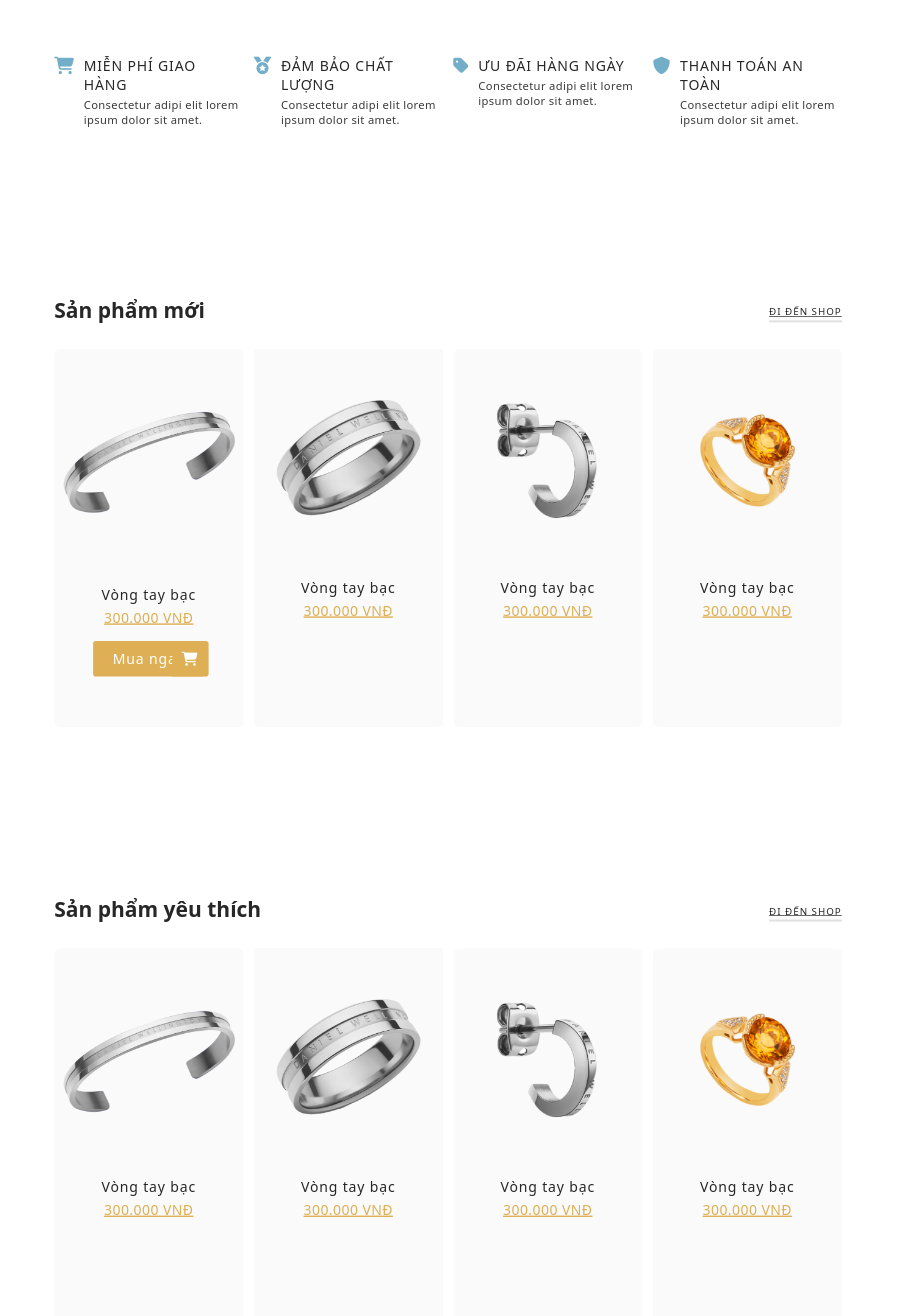
Repository: CangNgo/shoptrangsuc.github.io
Page: index.html
The author's editor kept a copy of each file at every save. The page is drawn from the files as they stood at one save, then again after the next save.
The browser window is 1280 px wide. The page is 1288 px wide, so the pictures cover 1288 px, including what lies to the right of the window. The pictures show the part of the page from y = 762 to 2642 px (the page is 5591 px tall), at 70% of full size.

Above is the page before, as saved 2024-01-11 18:18:45.

### index.html
<!DOCTYPE html>
<html lang="en">

<head>
    <meta charset="UTF-8">
    <meta name="viewport" content="width=device-width, initial-scale=1.0">
    <link rel="stylesheet" href="asset/css/style.css">
    <link rel="stylesheet" href="asset/css/layout.css">
    <link rel="stylesheet" href="asset/fontawesome-free-6.2.1-web/fontawesome-free-6.2.1-web/css/all.min.css">
    <link href="https://cdn.jsdelivr.net/npm/bootstrap@5.3.2/dist/css/bootstrap.min.css" rel="stylesheet" integrity="sha384-T3c6CoIi6uLrA9TneNEoa7RxnatzjcDSCmG1MXxSR1GAsXEV/Dwwykc2MPK8M2HN" crossorigin="anonymous">

    <title>Serein shop trang sức</title>
</head>

<body>
    <main>
        <header>
            <div class="grid wide">
                <div class="header__main">
                    <div class="logo">
                        <img src="asset/img/logo.png" alt="">
                    </div>
                    <div class="nav">
                        <div class="navbar">
                            <ul>
                                <li><a href="#">Home</a></li>
                                <li><a href="shop.html">Shop</a></li>
                                <li><a href="#">About</a></li>
                                <li><a href="#">Blogs</a></li>
                                <li><a href="#">Contact</a></li>
                            </ul>
                        </div>
                        <div class="right__icons">
                            <div class="right__icon-item">
                                <i class="fa-solid fa-magnifying-glass"></i>
                            </div>
                            <div class="right__icon-item">
                                <i class="fa-solid fa-user"></i>
                            </div>
                            <div class="right__icon-item">
                                <i class="fa-solid fa-cart-shopping"></i>
                                <span>(0)</span>
                            </div>
                        </div>
                    </div>
                </div>
            </div>
        </header>
        <div class="banner">
            <div class="grid wide">
                <div class="row">
                    <div class="col l-6">
                        <div class="banner__left">
                            <h3>Bộ sưu tập</h3>
                            <h2>Dấu ấn</h2>
                            <span>Mỗi chúng ta là một cá thể độc nhất trên thế giới, vậy nên, hãy thoải mái sáng tạo
                                theo cách riêng của bạn. Dù ở bất kỳ phiên bản nào, Serein Jewelry luôn đồng hành cùng
                                bạn ghi lại “DẤU ẤN” riêng bạn.</span>
                        </div>
                    </div>
                    <div class="col l-6 ">
                        <div class="banner__right">
                            <div class="banner__right-btn">
                                <i class="fa-solid fa-chevron-left"></i>
                            </div>
                            <div class="banner-right-img">
                                <img src="asset/img/vong-bac-banner.png" alt="">
                            </div>
                            <div class="banner__right-btn">
                                <i class="fa-solid fa-chevron-right"></i>
                            </div>
                        </div>
                    </div>
                </div>
                <div class="row banner__bottom">
                    <div class="col l-6">
                        <form class="banner-bottom-left">
                            <button type="submit" name="">Mua ngay</button>
                        </form>
                    </div>
                    <div class="col l-6">
                        <div class="banner-bottom-right">
                            <div class="banner-bottom-color">
                                <div class="banner-bottom-color-item gold"></div>
                                <div class="banner-bottom-color-item white"></div>
                            </div>
                            <div class="banner-bottom-play">
                                <i class="fa-solid fa-circle-play"></i>
                            </div>
                        </div>
                    </div>
                </div>
            </div>
        </div>
        <section class="features container">
            <div class="grid wide">
                <div class="row">
                    <div class="col l-3">
                        <div class="features-item">
                            <div class="features-icon">
                                <i class="fa-solid fa-cart-shopping"></i>
                            </div>
                            <div class="feeatures-items">
                                <h4>Miễn phí giao hàng</h4>
                                <span>Consectetur adipi elit lorem ipsum dolor sit amet.</span>
                            </div>
                        </div>
                    </div>
                    <div class="col l-3">
                        <div class="features-item">
                            <div class="features-icon">
                                <i class="fa-solid fa-medal"></i>
                            </div>
                            <div class="feeatures-items">
                                <h4>Đảm bảo chất lượng</h4>
                                <span>Consectetur adipi elit lorem ipsum dolor sit amet.</span>
                            </div>
                        </div>
                    </div>
                    <div class="col l-3">
                        <div class="features-item">
                            <div class="features-icon">
                                <i class="fa-solid fa-tag"></i>
                            </div>
                            <div class="feeatures-items">
                                <h4>Ưu đãi hàng ngày</h4>
                                <span>Consectetur adipi elit lorem ipsum dolor sit amet.</span>
                            </div>
                        </div>
                    </div>
                    <div class="col l-3">
                        <div class="features-item">
                            <div class="features-icon">
                                <i class="fa-solid fa-shield"></i>
                            </div>
                            <div class="feeatures-items">
                                <h4>Thanh toán an toàn</h4>
                                <span>Consectetur adipi elit lorem ipsum dolor sit amet.</span>
                            </div>
                        </div>
                    </div>
                </div>
            </div>
        </section>
        <section class="product container">
            <div class="grid wide">
                <div class="product-section">
                    <h3>Sản phẩm mới</h3>
                    <span><a href="#">Đi đến shop</a></span>
                </div>
                <div class="row">
                    <form class="col l-3">
                        <div class="product-item">
                            <div class="product-top">
                                <div class="product-item-img">
                                    <img src="asset/img/vong-bac.png" alt="Vòng tay bạc">
                                </div>
                            </div>
                            <div class="product-bottom">
                                <div class="product-item-bottom">
                                    <div class="product-item-name">Vòng tay bạc</div>
                                    <div class="product-item-price"><a href="#">300.000 VNĐ</a></div>
                                </div>
                                <div class="buy-product" style="position: relative;">
                                    <div>
                                        <button name="buy_product">Mua ngay</button>
                                        <button class="buy-product-item" name="cart_product"><i class="fa-solid fa-cart-shopping"></i></button>
                                    </div>
                                </div>
                            </div>
                        </div>
                    </form>
                    <div class="col l-3">
                        <div class="product-item">
                            <div class="product-item-img">
                                <img src="asset/img/nhan-bac.png" alt="Vòng tay bạc">
                            </div>
                            <div class="product-item-bottom">
                                <div class="product-item-name">Vòng tay bạc</div>
                                <div class="product-item-price"><a href="#">300.000 VNĐ</a></div>
                            </div>
                        </div>
                    </div>
                    <div class="col l-3">
                        <div class="product-item">
                            <div class="product-item-img">
                                <img src="asset/img/bong-tai-bac.png" alt="Vòng tay bạc">
                            </div>
                            <div class="product-item-bottom">
                                <div class="product-item-name">Vòng tay bạc</div>
                                <div class="product-item-price"><a href="#">300.000 VNĐ</a></div>
                            </div>
                        </div>
                    </div>
                    <div class="col l-3">
                        <div class="product-item">
                            <div class="product-item-img">
                                <img src="asset/img/nhan-vang.png" alt="Vòng tay bạc">
                            </div>
                            <div class="product-item-bottom">
                                <div class="product-item-name">Vòng tay bạc</div>
                                <div class="product-item-price"><a href="#">300.000 VNĐ</a></div>
                            </div>
                        </div>
                    </div>
                </div>
            </div>
        </section>
        <section class="product container">
            <div class="grid wide">
                <div class="product-section">
                    <h3>Sản phẩm yêu thích</h3>
                    <span><a href="#">Đi đến shop</a></span>
                </div>
                <div class="row">
                    <div class="col l-3">
                        <div class="product-item">
                            <div class="product-item-img">
                                <img src="asset/img/vong-bac.png" alt="Vòng tay bạc">
                            </div>
                            <div class="product-item-bottom">
                                <div class="product-item-name">Vòng tay bạc</div>
                                <div class="product-item-price"><a href="#">300.000 VNĐ</a></div>
                            </div>
                        </div>
                    </div>
                    <div class="col l-3">
                        <div class="product-item">
                            <div class="product-item-img">
                                <img src="asset/img/nhan-bac.png" alt="Vòng tay bạc">
                            </div>
                            <div class="product-item-bottom">
                                <div class="product-item-name">Vòng tay bạc</div>
                                <div class="product-item-price"><a href="#">300.000 VNĐ</a></div>
                            </div>
                        </div>
                    </div>
                    <div class="col l-3">
                        <div class="product-item">
                            <div class="product-item-img">
                                <img src="asset/img/bong-tai-bac.png" alt="Vòng tay bạc">
                            </div>
                            <div class="product-item-bottom">
                                <div class="product-item-name">Vòng tay bạc</div>
                                <div class="product-item-price"><a href="#">300.000 VNĐ</a></div>
                            </div>
                        </div>
                    </div>
                    <div class="col l-3 m-12 c-12">
                        <div class="product-item">
                            <div class="product-item-img">
                                <img src="asset/img/nhan-vang.png" alt="Vòng tay bạc">
                            </div>
                            <div class="product-item-bottom">
                                <div class="product-item-name">Vòng tay bạc</div>
                                <div class="product-item-price"><a href="#">300.000 VNĐ</a></div>
                            </div>
                        </div>
                    </div>
                </div>
            </div>
        </section>
        <section class="posts product container">
            <div class="grid wide">
                <div class="product-section">
                    <h3>Bài viết mới</h3>
                    <span><a href="#">Đi đến blog</a></span>
                </div>
                <div class="row">
                    <div class="col l-4">
                        <div class="posts-item">
                            <div class="post-item-img"><img src="asset/img/post1.png" alt=""></div>
                            <div class="post-item-datetime">feb 22, 2023 - Gadgets</div>
                            <div class="post-item-name">Get some cool gadgets in 2023</div>
                        </div>
                    </div>
                    <div class="col l-4">
                        <div class="posts-item">
                            <div class="post-item-img"><img src="asset/img/post2.png" alt=""></div>
                            <div class="post-item-datetime">feb 22, 2023 - technology</div>
                            <div class="post-item-name">TECHNOLOGY HACK YOU WON’T GET</div>
                        </div>
                    </div>
                    <div class="col l-4">
                        <div class="posts-item">
                            <div class="post-item-img"><img src="asset/img/post3.png" alt=""></div>
                            <div class="post-item-datetime">feb 22, 2023 - camera</div>
                            <div class="post-item-name">toP 10 SMALL cAMERA IN THE WORLD</div>
                        </div>
                    </div>
                </div>
            </div>
        </section>
        <section class="coutdown container">
            <div class="grid wide">
                <div class="coutdown-content">
                    <h3>Đăng ký ngay để sở hữu BST "Dấu ấn"</h3>
                    <div class="coutdown-content-bottom">
                        <span>Vì “Dấu ấn” là BST độc nhất cho mỗi khách hàng, nên chúng tôi chỉ mở bán với số lượng giới
                            hạn.
                            Đặc biệt, khi mua hàng càng sớm bạn sẽ nhận được nhiều ưu đãi đặc biệt từ Serein Jewelry.
                        </span>
                        <button name="buy_submit">Mua ngay</button>
                    </div>
                </div>
                <div class="coutdown-olock">
                    <div class="coutdown-olock-item">
                        <div class="coutdown-olock-item-hour">0</div>
                        <div class="coutdown-olock-item-day">Ngày</div>
                    </div>
                    <div class="coutdown-olock-item">
                        <div class="coutdown-olock-item-hour">7</div>
                        <div class="coutdown-olock-item-day">Giờ</div>
                    </div>
                    <div class="coutdown-olock-item">
                        <div class="coutdown-olock-item-hour">23</div>
                        <div class="coutdown-olock-item-day">Phút</div>
                    </div>
                    <div class="coutdown-olock-item">
                        <div class="coutdown-olock-item-hour">49</div>
                        <div class="coutdown-olock-item-day">Giây</div>
                    </div>
                </div>
            </div>
        </section>
        <section class="form-register container">
            <div class="grid wide">
                <div class="form-register-main">
                    <div class="form-register-content">
                        <h3>Đăng ký ngay</h3>
                        <span>Đăng ký để nhận được khuyến mãi</span>
                    </div>
                    <div class="form-register-input">
                        <input type="text" placeholder="Nhập email">
                        <button>Đăng ký</button>
                    </div>
                </div>
            </div>
        </section>
        <section class="testimony container">
            <div class="grid wide">
                <div class="testimony-main">
                    <div class="testimony-icon">
                        <img src="asset/img/testimony-icon.png" alt="">
                    </div>
                    <div class="testimony-content">
                        <div class="testimony-button-left">
                            <i class="fa-solid fa-chevron-left"></i>
                        </div>
                        <div class="testimony-content-said">
                            “Tempus oncu enim pellen tesque este pretium in neque, elit morbi sagittis lorem habi mattis
                            Pellen tesque pretium feugiat vel morbi suspen dise sagittis lorem habi tasse morbi.”
                        </div>
                        <div class="testimony-button-right">
                            <i class="fa-solid fa-chevron-right"></i>
                        </div>
                    </div>
                    <div class="testimony-star">
                        <div class="testimony-star-items">
                            <div class="testimony-star-item">
                                <i class="fa-solid fa-star"></i>
                            </div>
                            <div class="testimony-star-item">
                                <i class="fa-solid fa-star"></i>
                            </div>
                            <div class="testimony-star-item">
                                <i class="fa-solid fa-star"></i>
                            </div>
                            <div class="testimony-star-item">
                                <i class="fa-solid fa-star"></i>
                            </div>
                            <div class="testimony-star-item">
                                <i class="fa-solid fa-star"></i>
                            </div>
                        </div>
                        <div class="testtimony-star-name">
                            Emma Chamberlin
                        </div>
                    </div>
                </div>
            </div>
        </section>
        <div class="evaluate container">
            <div class="grid wide">
                <h3>Khách hàng nói về BST "Dấu ấn"</h3>
                <div class="row">
                    <div class="col l-4"></div>
                    <div class="col l-4"></div>
                    <div class="col l-4"></div>
                </div>
            </div>
        </div>
    </main>
</body>

</html>

Loaded but not shown: asset/fontawesome-free-6.2.1-web/fontawesome-free-6.2.1-web/css/all.min.css (library); asset/css/style.css (801 lines, source omitted); asset/css/layout.css (245 lines, source omitted)

After the next save:
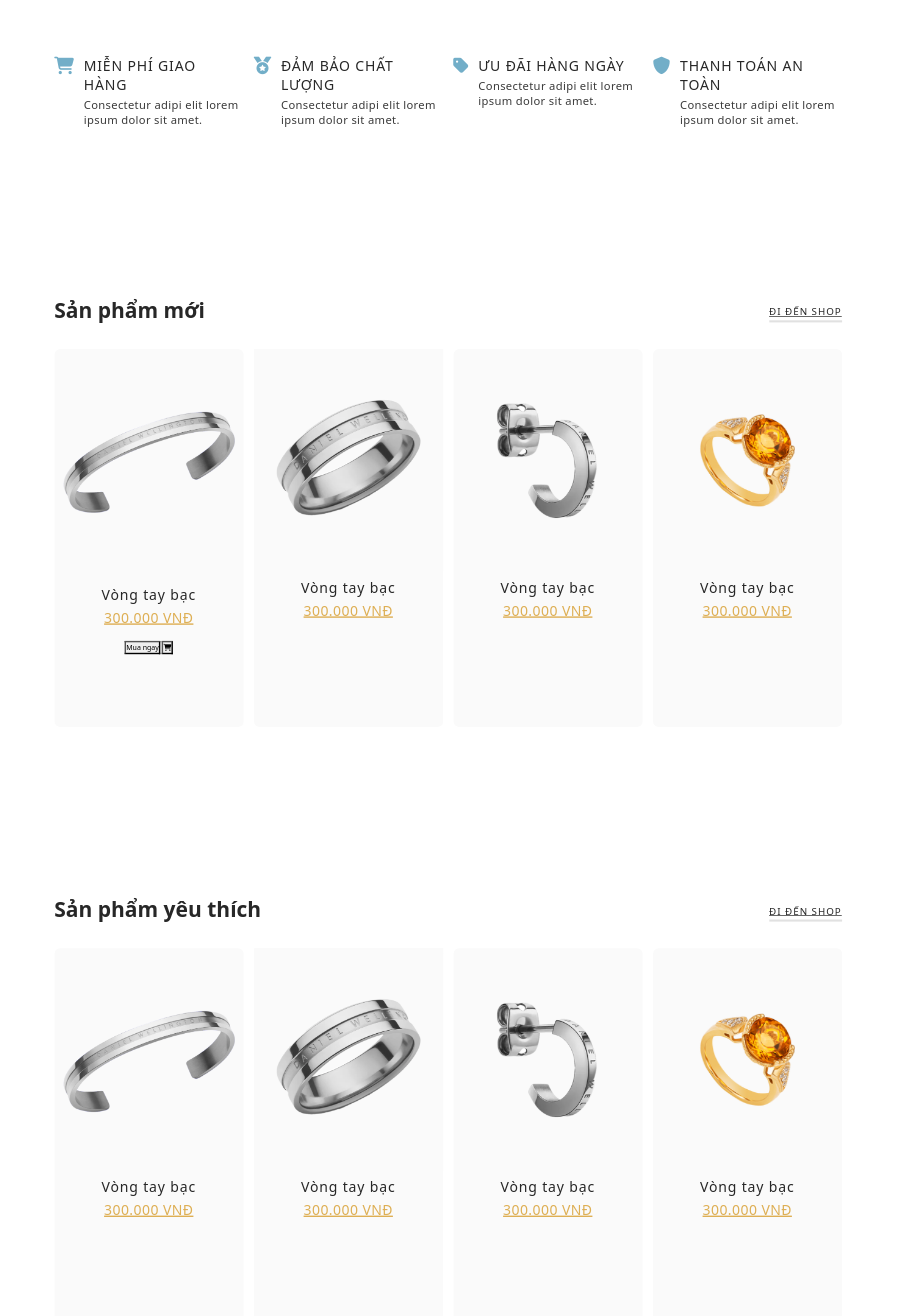
Saved 5 s later.
--- a/index.html
+++ b/index.html
@@ -162,10 +162,8 @@
                                     <div class="product-item-price"><a href="#">300.000 VNĐ</a></div>
                                 </div>
                                 <div class="buy-product" style="position: relative;">
-                                    <div>
-                                        <button name="buy_product">Mua ngay</button>
-                                        <button class="buy-product-item" name="cart_product"><i class="fa-solid fa-cart-shopping"></i></button>
-                                    </div>
+                                    <button name="buy_product">Mua ngay</button>
+                                    <button class="buy-product-item" name="cart_product"><i class="fa-solid fa-cart-shopping"></i></button>
                                 </div>
                             </div>
                         </div>
